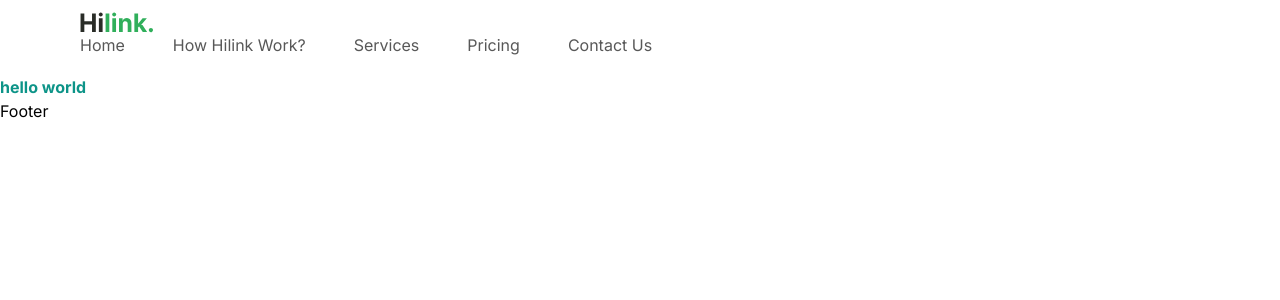
Repository: martin-raphael/travel_agency
Page: /
These files come from the project's save history. The page is drawn as it stood at one moment and after the next save; the edit follows.
The browser window is 1280 px wide. The pictures show the whole page.
The project was rebuilt for these pictures with package versions that can differ from the ones it lists, and the page was loaded fresh each time. The framework's server and built-in components were replaced by stand-ins that run in the browser. Also part of the build but not shown: next.config.mjs.

Above is the page before, as saved 2024-08-08 16:48:12.

After the next save:
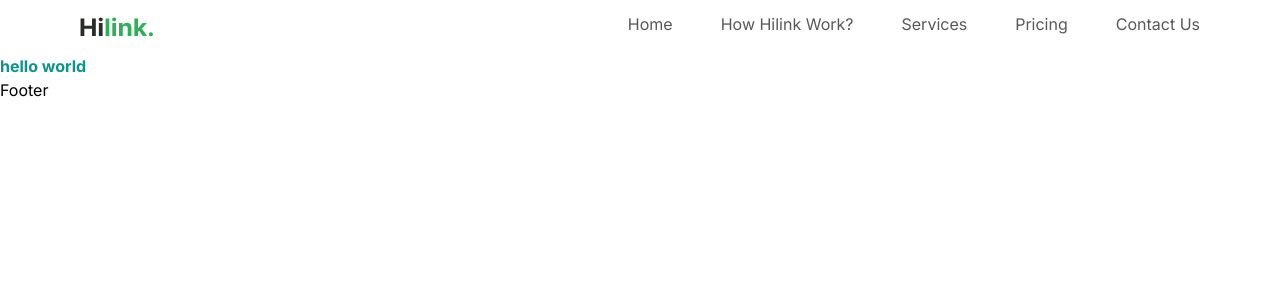
Saved 99 s later.
--- a/components/Navbar.tsx
+++ b/components/Navbar.tsx
@@ -8,19 +8,16 @@ const Navbar = () => {
     <nav className=" flexBetween max-container padding-container relative z-30 py-3">
         <Link href="/">
         <Image src="/hilink-logo.svg" alt="logo" width={74} height={29}/>
-        <a className="hidden h-full gap-12 lg:flex">
+        </Link>
         <ul className="hidden h-full gap-12 lg:flex">
 
-            {NAV_LINKS.map((link) =>(
-                <Link href={link.href} key={link.key} className="regular-16 text-gray-50 flexCenter cursor-pointer pb-1.5 transition-all hover:font-bold">
-                    {link.label}
-                </Link>
-            ))}
+           {NAV_LINKS.map((link) =>(
+               <Link href={link.href} key={link.key} className="regular-16 text-gray-50 flexCenter cursor-pointer pb-1.5 transition-all hover:font-bold">
+                   {link.label}
+               </Link>
+           ))}
 
-        </ul>
-        </a>
-
-        </Link>
+       </ul>
     </nav>
   );
 };
